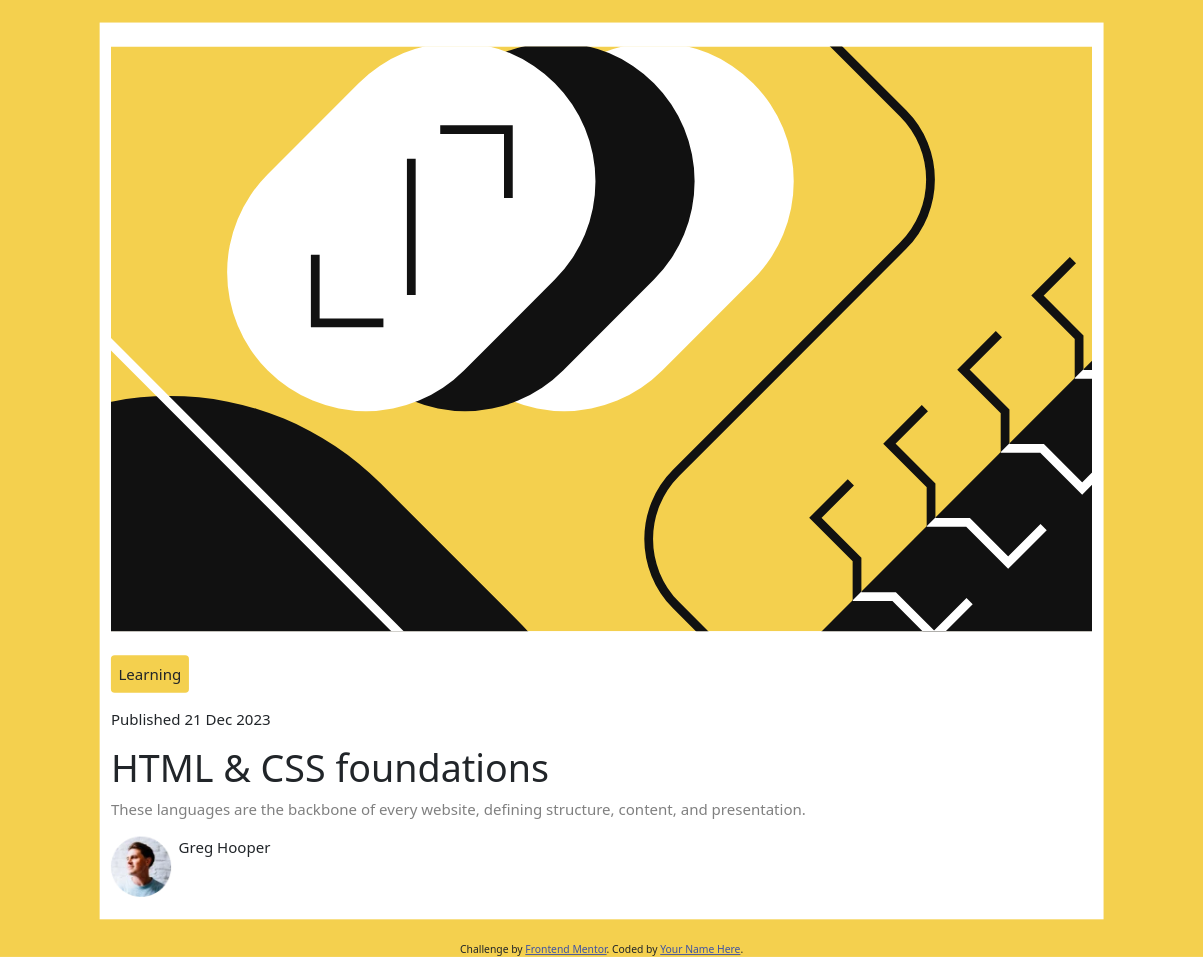
Repository: blordeus/blog-preview-card
Page: index.html
These files come from the project's save history. The page is drawn as it stood at one moment and after the next save; the edit follows.
The browser window is 1280 px wide. The pictures show the whole page, at 94% of full size.
The style sheet was rebuilt from its Sass, Less or Tailwind sources for each picture, by a compiler version that may differ from the author's.

Above is the page before, as saved 2024-02-10 09:20:44.

After the next save:
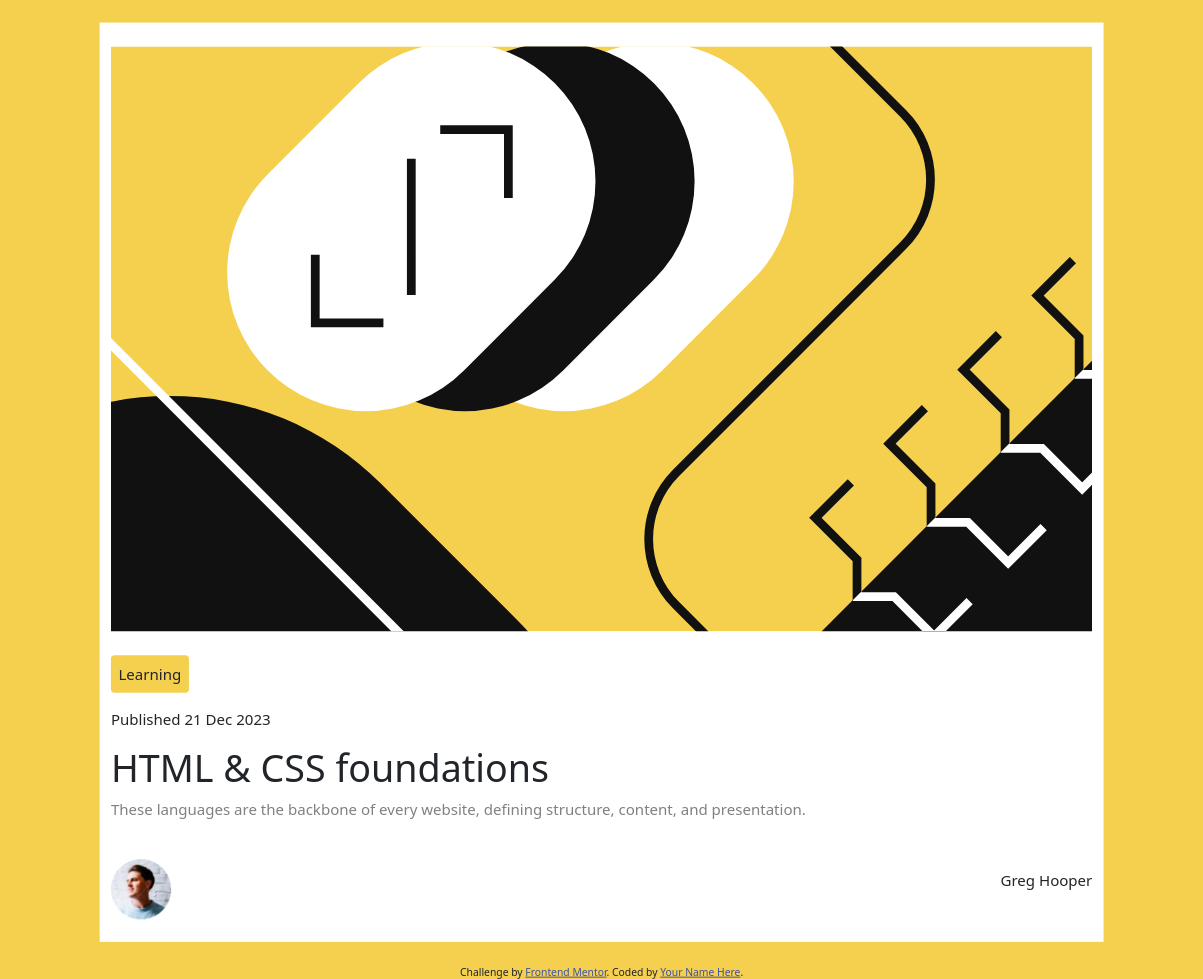
Saved 4 s later.
--- a/index.html
+++ b/index.html
@@ -23,7 +23,7 @@
 
     <p class="grey-text">These languages are the backbone of every website, defining structure, content, and presentation.</p>
 
-    <div class="d-flex gap-2">
+    <div class="d-flex gap-2 pt-4 justify-content-between align-items-center flex-wrap">
       <img class="" src="assets\images\image-avatar.webp" alt="author image">
       <p class="">Greg Hooper</p>
     </div>
